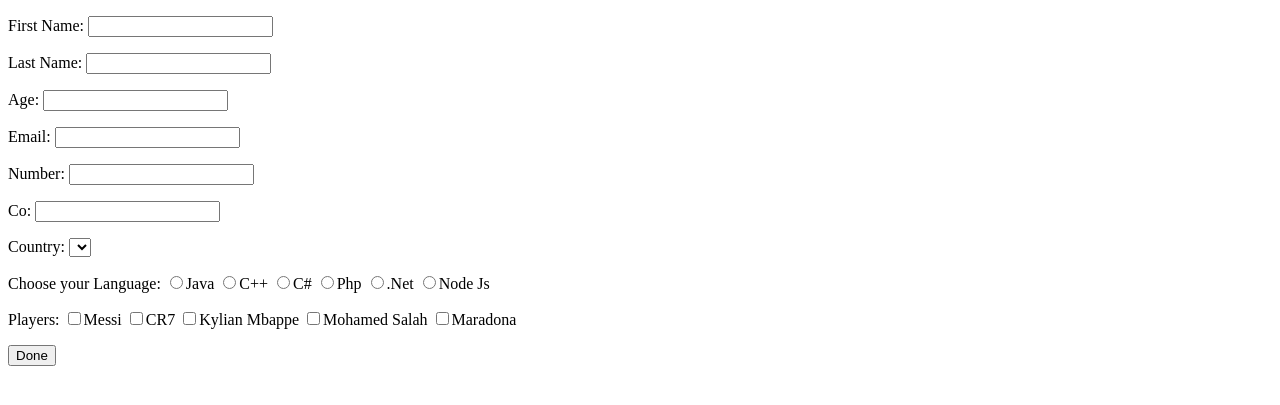
Repository: Moustafa-Ali-Khater/Spring-Data_Hibernate
Page: http://localhost/Spring_MVC/WEB-INF/view/Student-Front-MVC-Tags/student-account.jsp
An editor plug-in stored every save of this project. The page is shown before and after the next save, followed by the edit.
The browser window is 1280 px wide. The pictures show the whole page.
The page is served by Tomcat 9. Nobody is signed in. The template is opened directly, without the code that normally fills it, so the values that code supplies are empty.

Above is the page before, as saved 2023-08-03 17:32:46.

After the next save:
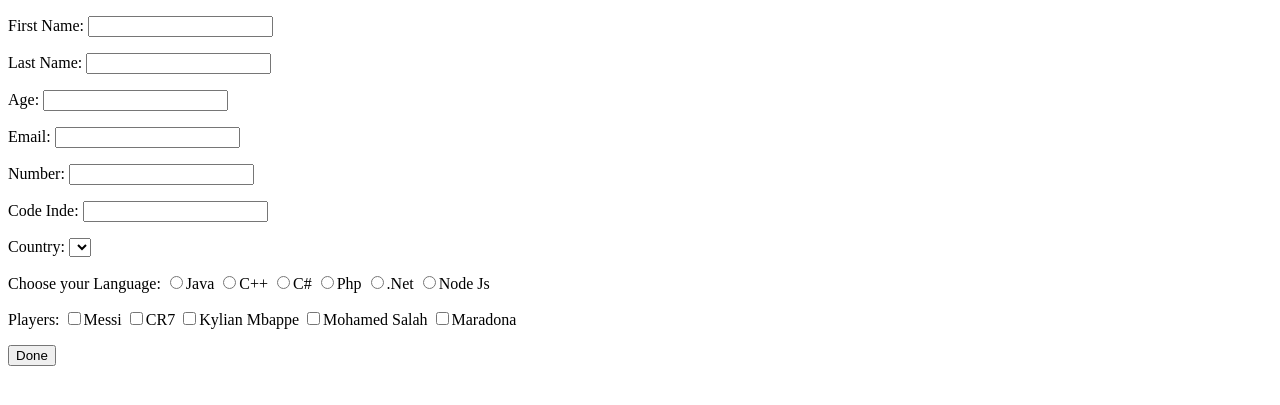
Saved 14 s later.
--- a/Spring_MVC/WebContent/WEB-INF/view/Student-Front-MVC-Tags/student-account.jsp
+++ b/Spring_MVC/WebContent/WEB-INF/view/Student-Front-MVC-Tags/student-account.jsp
@@ -31,7 +31,7 @@
 		<p>Number: <f:input path="number"/>
 		<f:errors path="number" cssClass="error"/></p>
 
-		<p>Co: <f:input path="code"/>
+		<p>Code Inde: <f:input path="code"/>
 		<f:errors path="code" cssClass="error"/></p>
 
 		Country:
